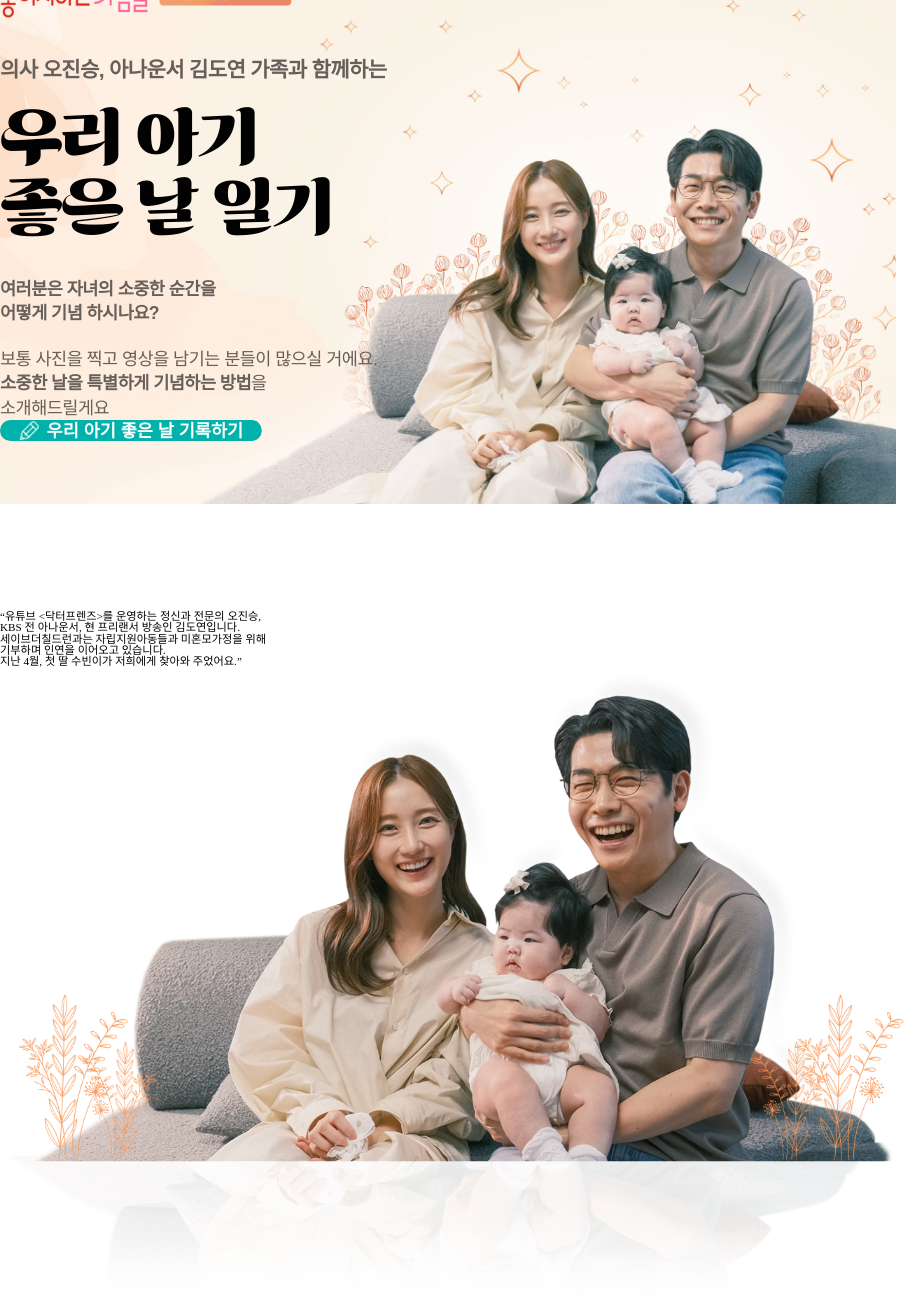
Repository: dlgywls1130/saveTheChildren
Page: index.html
The author's editor kept a copy of each file at every save. The page is drawn from the files as they stood at one save, then again after the next save.
The browser window is 1280 px wide. The page is 1293 px wide, so the pictures cover 1293 px, including what lies to the right of the window. The pictures show the part of the page from y = 0 to 1880 px (the page is 9315 px tall), at 70% of full size.
Some web fonts or font styles are not loaded; a fallback is used. The style sheet was rebuilt from its Sass, Less or Tailwind sources for each picture, by a compiler version that may differ from the author's.

Above is the page before, as saved 2024-11-01 21:52:58.

After the next save:
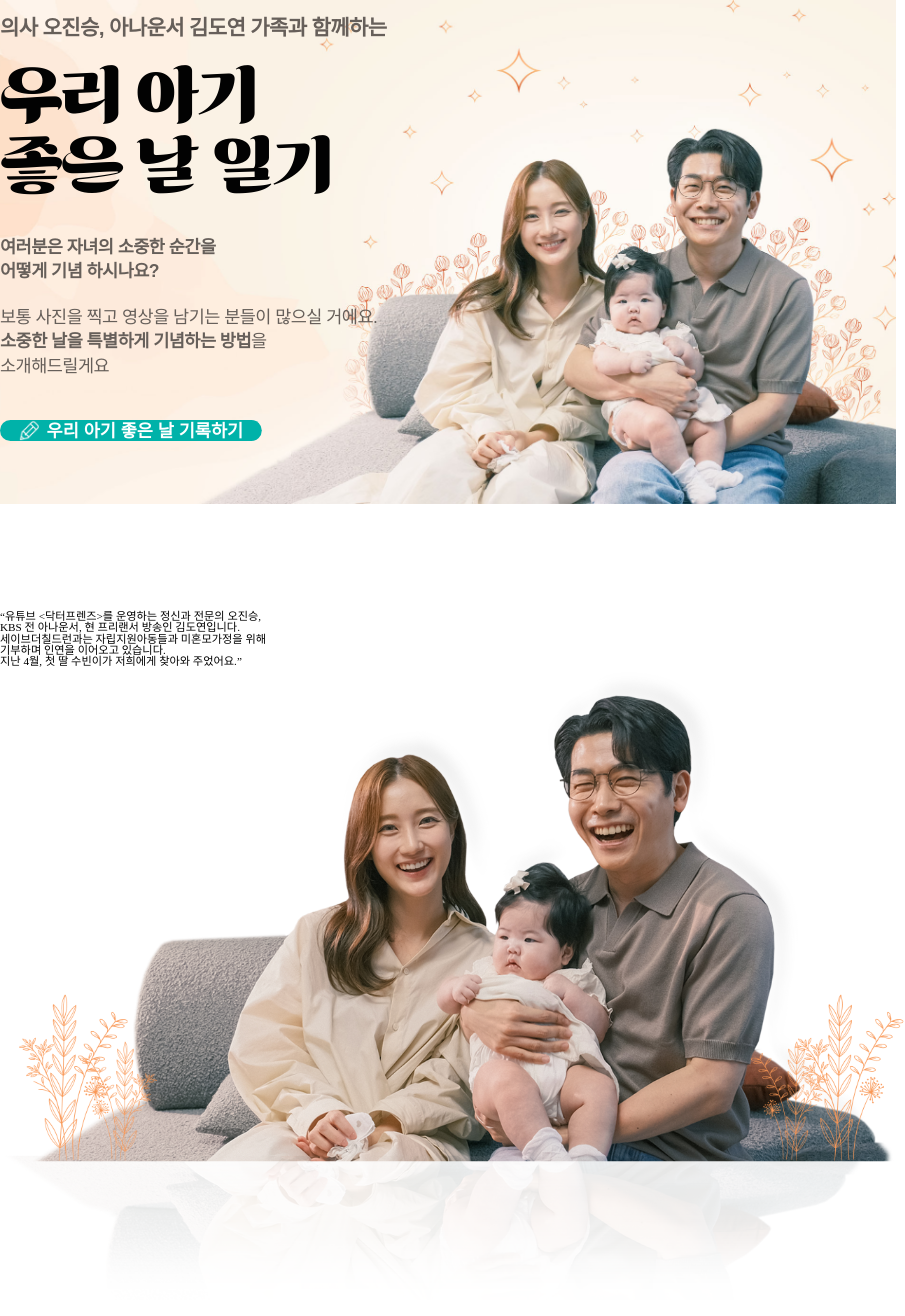
Saved 25 s later.
--- a/index.html
+++ b/index.html
@@ -28,7 +28,7 @@
                 어떻게 기념 하시나요?
             </p>
 
-            <p class="sub_descript">
+            <p class="sub_descript mb-60">
                 보통 사진을 찍고 영상을 남기는 분들이 많으실 거에요. <br>
                 <span>소중한 날을 특별하게 기념하는 방법</span>을<br>
                 소개해드릴게요
